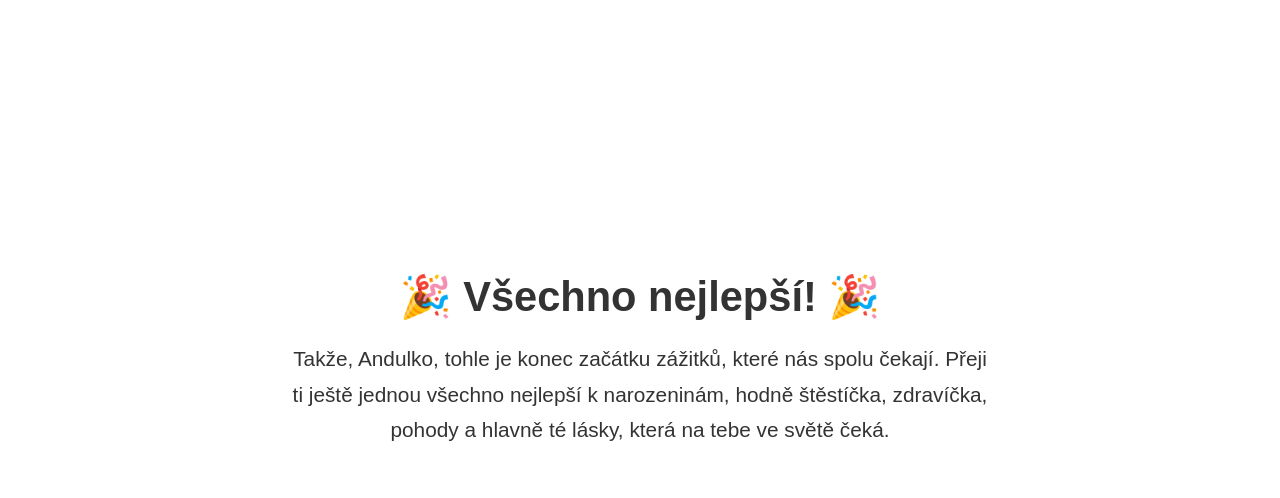
Repository: DanielMicka/darek
Page: html/pranicko.html
The author's editor kept a copy of each file at every save. The page is drawn from the files as they stood at one save, then again after the next save.
The browser window is 1280 px wide. The pictures show the whole page.

Above is the page before, as saved 2026-06-13 20:35:37.

After the next save:
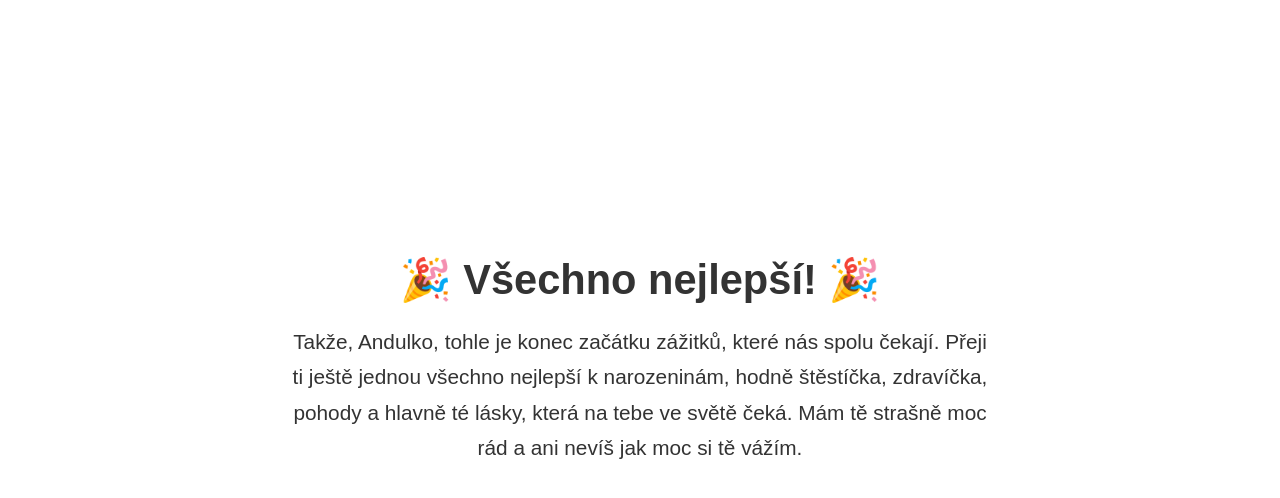
Saved 21 s later.
--- a/html/pranicko.html
+++ b/html/pranicko.html
@@ -26,4 +26,4 @@
     <h1>🎉 Všechno nejlepší! 🎉</h1>
 
     <p class="wish-text">
-        Takže, Andulko, tohle je konec začátku zážitků, které nás spolu čekají. Přeji ti ještě jednou všechno nejlepší k narozeninám, hodně štěstíčka, zdravíčka, pohody a hlavně té lásky, která na tebe ve světě čeká.
+        Takže, Andulko, tohle je konec začátku zážitků, které nás spolu čekají. Přeji ti ještě jednou všechno nejlepší k narozeninám, hodně štěstíčka, zdravíčka, pohody a hlavně té lásky, která na tebe ve světě čeká. Mám tě strašně moc rád a ani nevíš jak moc si tě vážím.
